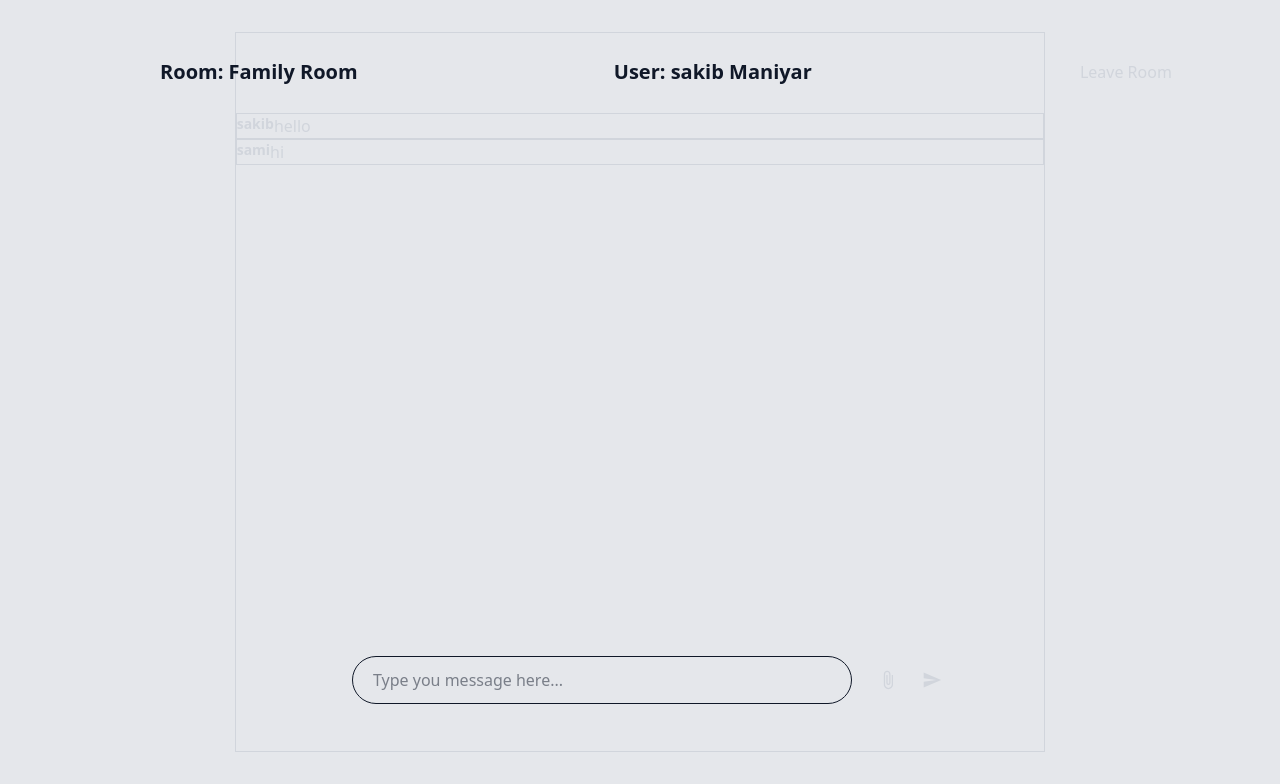
Repository: Saquib45/ChatApplication
Page: /chat (app in front-chat/)
These files come from the project's save history. The page is drawn as it stood at one moment and after the next save; the edit follows.
The browser window is 1280 px wide. The pictures show the whole page.
The project was rebuilt for these pictures with package versions that can differ from the ones it lists, and the page was loaded fresh each time. Also part of the build but not shown: front-chat/vite.config.js, front-chat/src/components/JoinCreateChat.jsx, front-chat/src/App.jsx.

Above is the page before, as saved 2025-04-12 21:57:57.

After the next save:
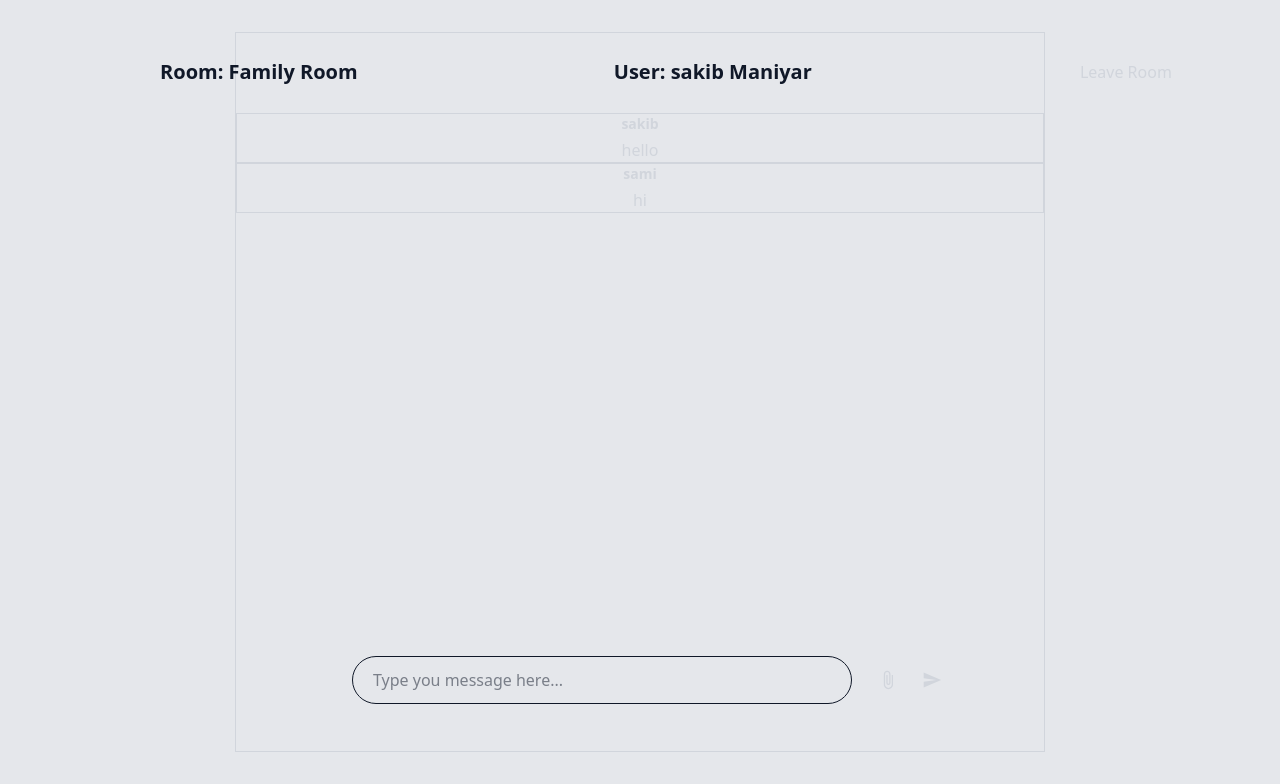
Saved 4 s later.
--- a/front-chat/src/components/ChatPage.jsx
+++ b/front-chat/src/components/ChatPage.jsx
@@ -40,7 +40,7 @@ function ChatPage() {
                 {
                     messages.map((message,index)=>(
                         <div key={index} >
-                            <div className="border flex flex">
+                            <div className="border flex flex-col gap-1">
                                 <p className="text-sm font-bold">{message.sender}</p>
                                 <p>{message.content}</p>
                             </div>
